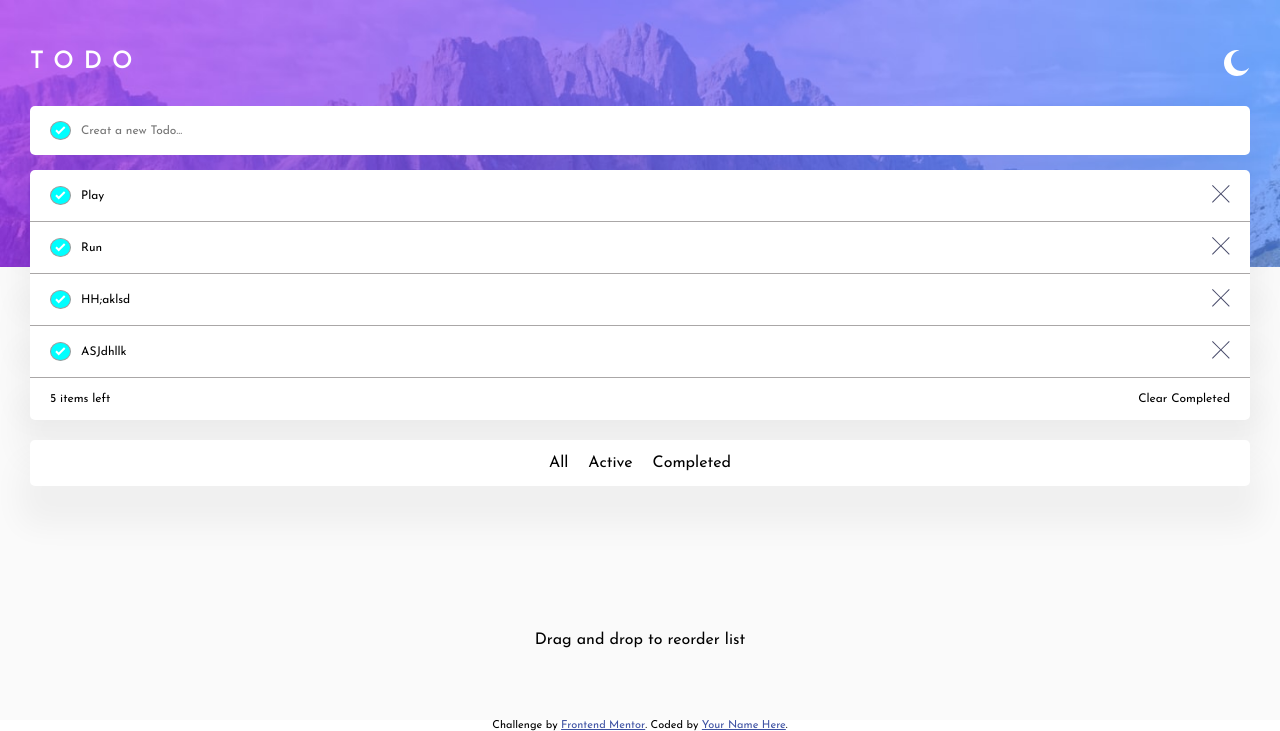
Repository: Baraajad231/Todo-app
Page: /
The author's editor kept a copy of each file at every save. The page is drawn from the files as they stood at one save, then again after the next save.
The browser window is 1280 px wide. The pictures show the whole page.
The project was rebuilt for these pictures with package versions that can differ from the ones it lists, and the page was loaded fresh each time. Also part of the build but not shown: vite.config.js.

Above is the page before, as saved 2025-12-29 12:37:11.

After the next save:
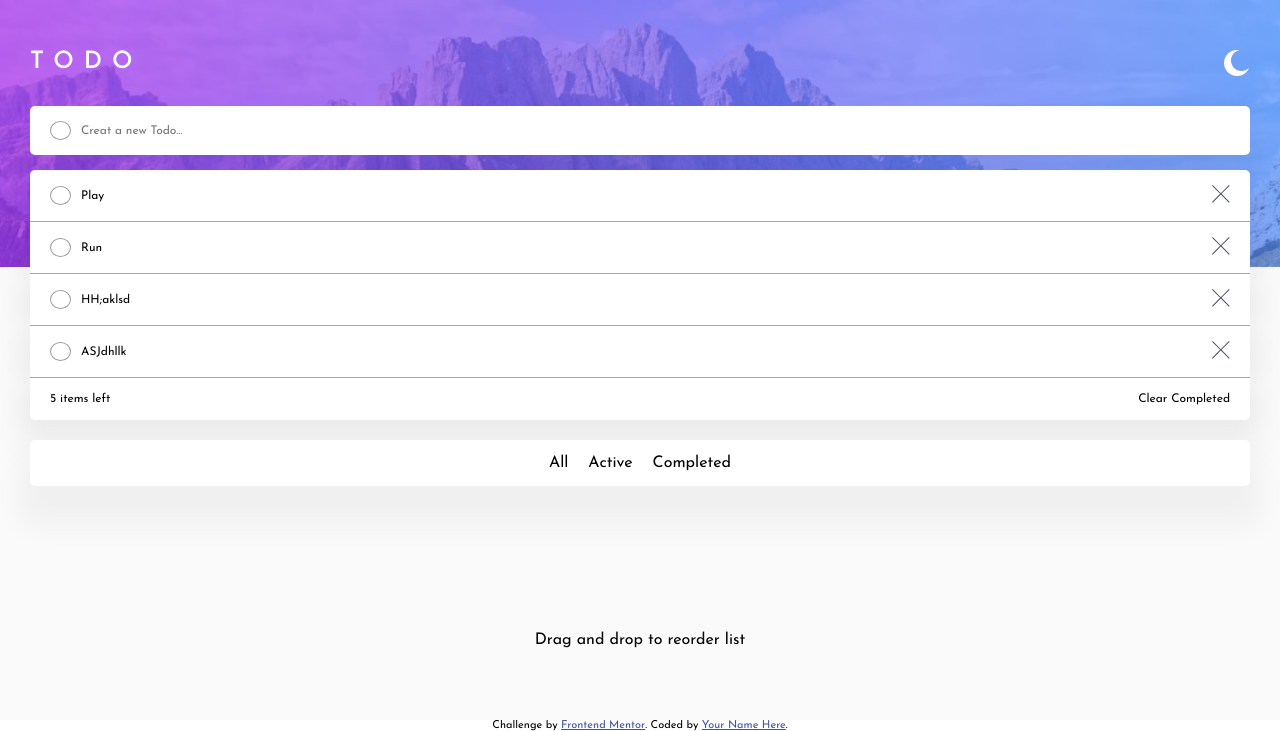
Saved 65 s later.
--- a/styles/style.scss
+++ b/styles/style.scss
@@ -121,7 +121,7 @@
       & .checkbox {
         border: 1px solid rgb(156, 155, 155);
         border-radius: 50%;
-        background-color: aqua;
+        background-color: var(--gradient-check);
         margin-right: 1rem;
         display: flex;
         align-items: center;

After the save that followed:
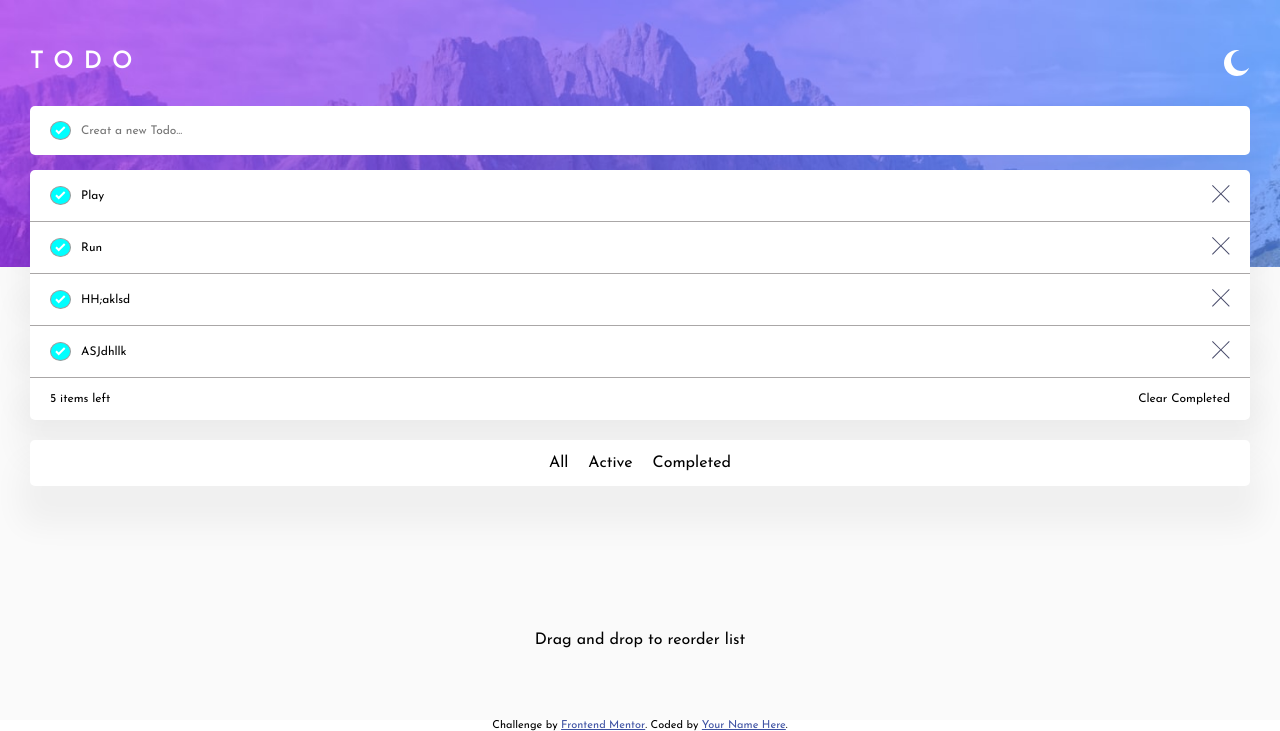
Saved 84 s later.
--- a/styles/style.scss
+++ b/styles/style.scss
@@ -121,7 +121,7 @@
       & .checkbox {
         border: 1px solid rgb(156, 155, 155);
         border-radius: 50%;
-        background-color: var(--gradient-check);
+        background-color: aqua;
         margin-right: 1rem;
         display: flex;
         align-items: center;
